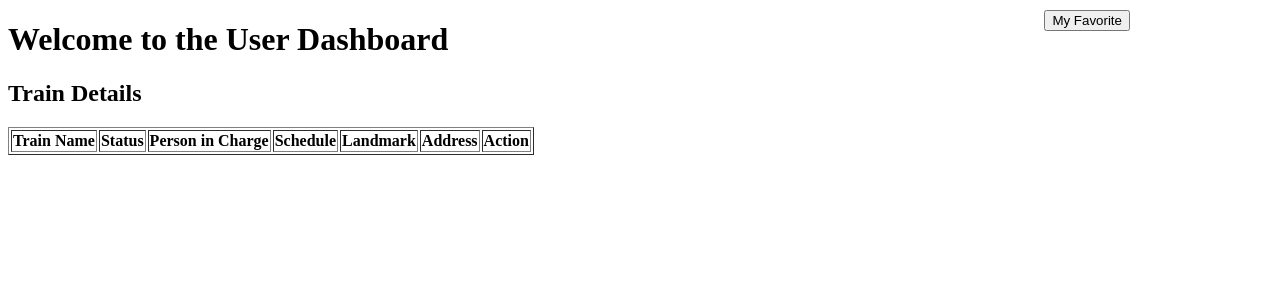
Repository: MohamedUmar083/Project_2
Page: http://localhost/Railway_Crossing_Status/user-dashboard.jsp
The author's editor kept a copy of each file at every save. The page is drawn from the files as they stood at one save, then again after the next save.
The browser window is 1280 px wide. The pictures show the whole page.
The page is served by Tomcat 10. Other server files are loaded and not shown. Queries for data that is not in the repository find no rows.

Above is the page before, as saved 2023-12-22 20:09:22.

### Railway Crossing Status/src/main/webapp/user-dashboard.jsp
<%@ page import="java.sql.Connection" %>
<%@ page import="java.sql.DriverManager" %>
<%@ page import="java.sql.PreparedStatement" %>
<%@ page import="java.sql.ResultSet" %>
<%@ page import="java.sql.SQLException" %>
<%@ page contentType="text/html;charset=UTF-8" language="java" %>

<!DOCTYPE html>
<html>
<head>
    <title>User Dashboard</title>
</head>
<body>
    <h1>Welcome to the User Dashboard</h1>
    <form action="favorite.jsp" method="get" style="position: absolute; top: 10px; right: 150px;">
        <input type="submit" value="My Favorite">
    </form>

      <h2>Train Details</h2>
    <table border="1">
        <thead>
            <tr>
                <th>Train Name</th>
                <th>Status</th>
                <th>Person in Charge</th>
                <th>Schedule</th>
                <th>Landmark</th>
                <th>Address</th>
                <th>Action</th>
            </tr>
        </thead>
        <tbody>
            <%
            try {
                // Database connection details
                String jdbcUrl = "jdbc:mysql://localhost:3306/railwayproject";
                String dbUsername = "root";
                String dbPassword = "Mohdumar@1011302";

                // Establish the database connection
                Class.forName("com.mysql.cj.jdbc.Driver");
                Connection connection = DriverManager.getConnection(jdbcUrl, dbUsername, dbPassword);

                // Query to retrieve available trains
                String sql = "SELECT * FROM trains";
                try (PreparedStatement statement = connection.prepareStatement(sql);
                     ResultSet resultSet = statement.executeQuery()) {

                	while (resultSet.next()) {
                        String trainName = resultSet.getString("train_name");
                        String status = resultSet.getString("crossing_status");
                        String personInCharge = resultSet.getString("person_in_charge");
                        String schedule = resultSet.getString("train_schedule");
                        String landmark = resultSet.getString("landmark");
                        String address = resultSet.getString("address");

                        // Display train details in the table
            %>
                        <tr>
                             <td><%= trainName %></td>
            <td><%= status %></td>
            <td><%= personInCharge %></td>
            <td><%= schedule %></td>
            <td><%= landmark %></td>
            <td><%= address %></td>
            <td>

            <a href="addToFavorite.jsp?id=<%=resultSet.getString("id")%>">
    <button type="button" class="favorite">Add to Favorite</button>
</a>
            </td>
                        </tr>
            <%
                    }
                }
            } catch (ClassNotFoundException | SQLException e) {
                e.printStackTrace(); // Handle the exception appropriately in your application
            }
            %>
        </tbody>
    </table>
</body>
</html>

After the next save:
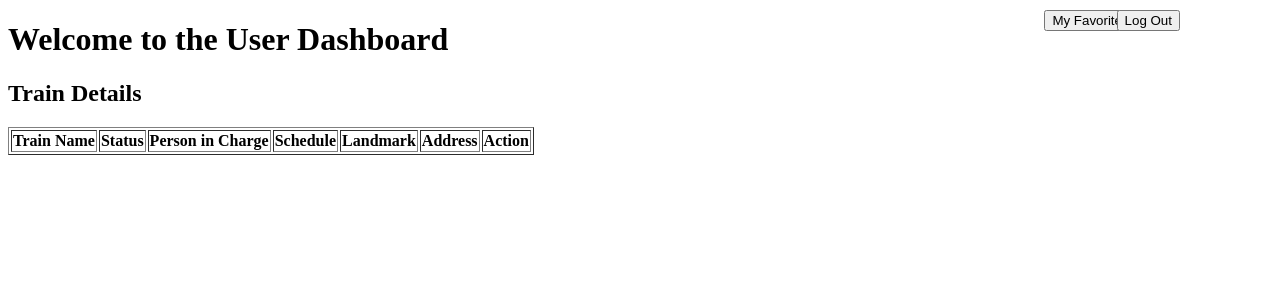
Saved 8 min 14 s later.
--- a/Railway Crossing Status/src/main/webapp/user-dashboard.jsp
+++ b/Railway Crossing Status/src/main/webapp/user-dashboard.jsp
@@ -15,6 +15,10 @@
     <form action="favorite.jsp" method="get" style="position: absolute; top: 10px; right: 150px;">
         <input type="submit" value="My Favorite">
     </form>
+    <form action="logout.jsp" method="get" style="position: absolute; top: 10px; right: 100px;">
+        <input type="submit" value="Log Out">
+    </form>
+
 
       <h2>Train Details</h2>
     <table border="1">
